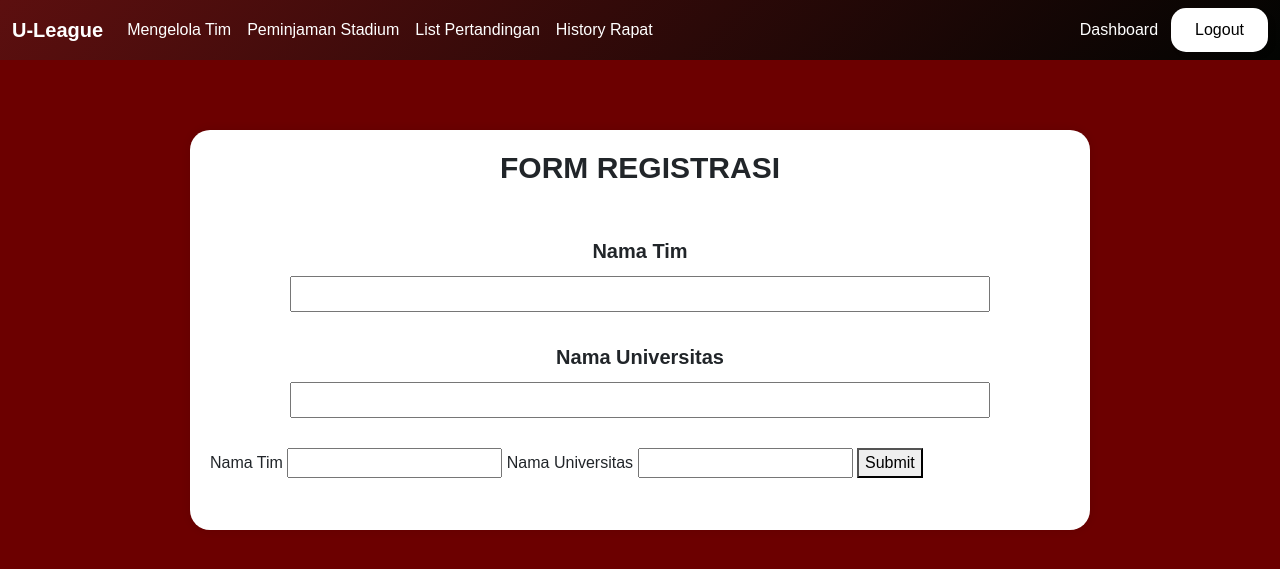
Repository: Basdat-F4/u-league
Page: team/templates/pendaftaran-tim.html
The author's editor kept a copy of each file at every save. The page is drawn from the files as they stood at one save, then again after a run of saves.
The browser window is 1280 px wide. The pictures show the whole page.
The template is drawn by Django 4.2. The application's start-up code is not run. The template is opened directly, without the code that normally fills it, so the values that code supplies are empty.

Above is the page before, as saved 2023-05-25 13:25:58.

After the next 2 saves:
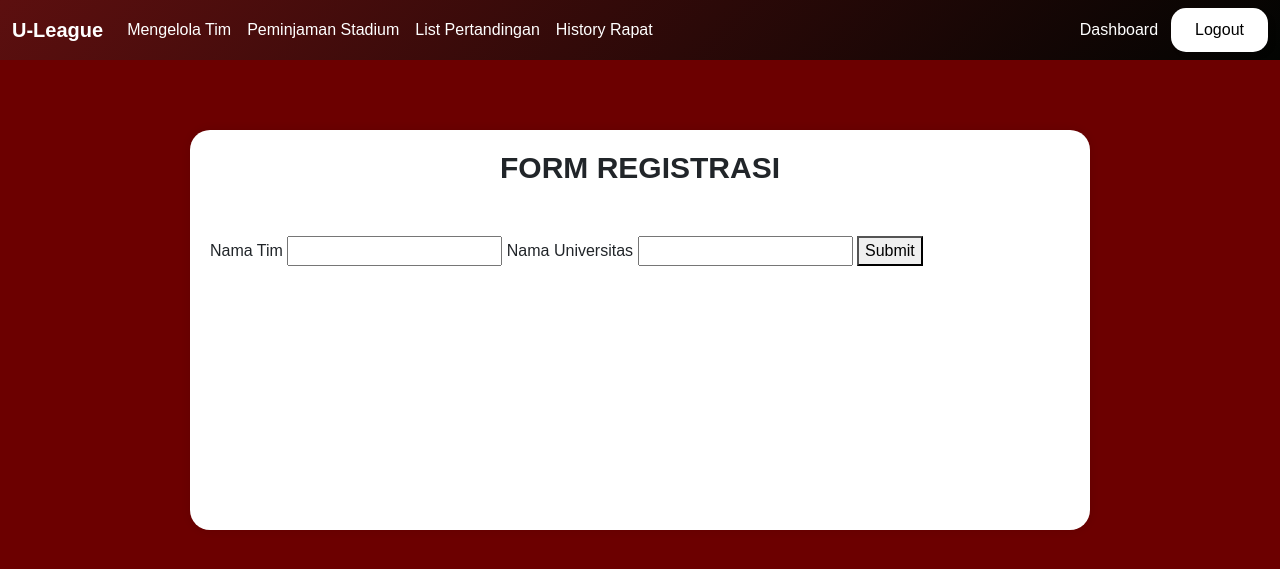
The 2 saves are shown as one change because they came seconds apart.
The last was saved 7 s later.
--- a/team/templates/pendaftaran-tim.html
+++ b/team/templates/pendaftaran-tim.html
@@ -123,10 +123,7 @@ body {
                     text-align: center;
                 }
             </style>
-        <label for="name" style="display: block; margin: 0 auto; font-weight: bold; font-size: 20px; text-align: center; margin-bottom: 10px;">Nama Tim</label>
-        <input type="text" id="name" name="name" style="display: block; margin: 0 auto; font-weight: lighter; font-size: 20px; width: 700px; margin-bottom: 30px;">
-        <label for="name" style="display: block; margin: 0 auto; font-weight: bold; font-size: 20px; text-align: center; margin-bottom: 10px;">Nama Universitas</label>
-        <input type="text" id="name" name="name" style="display: block; margin: 0 auto; font-weight: lighter; font-size: 20px; width: 700px;margin-bottom: 30px;">
+      <!-- t" id="name" name="name" style="display: block; margin: 0 auto; font-weight: lighter; font-size: 20px; width: 700px;margin-bottom: 30px;"> -->
         <form action="{% url 'team:get_team' %}" method="POST">
           {% csrf_token %}
           <label for="nama_tim">Nama Tim</label>
